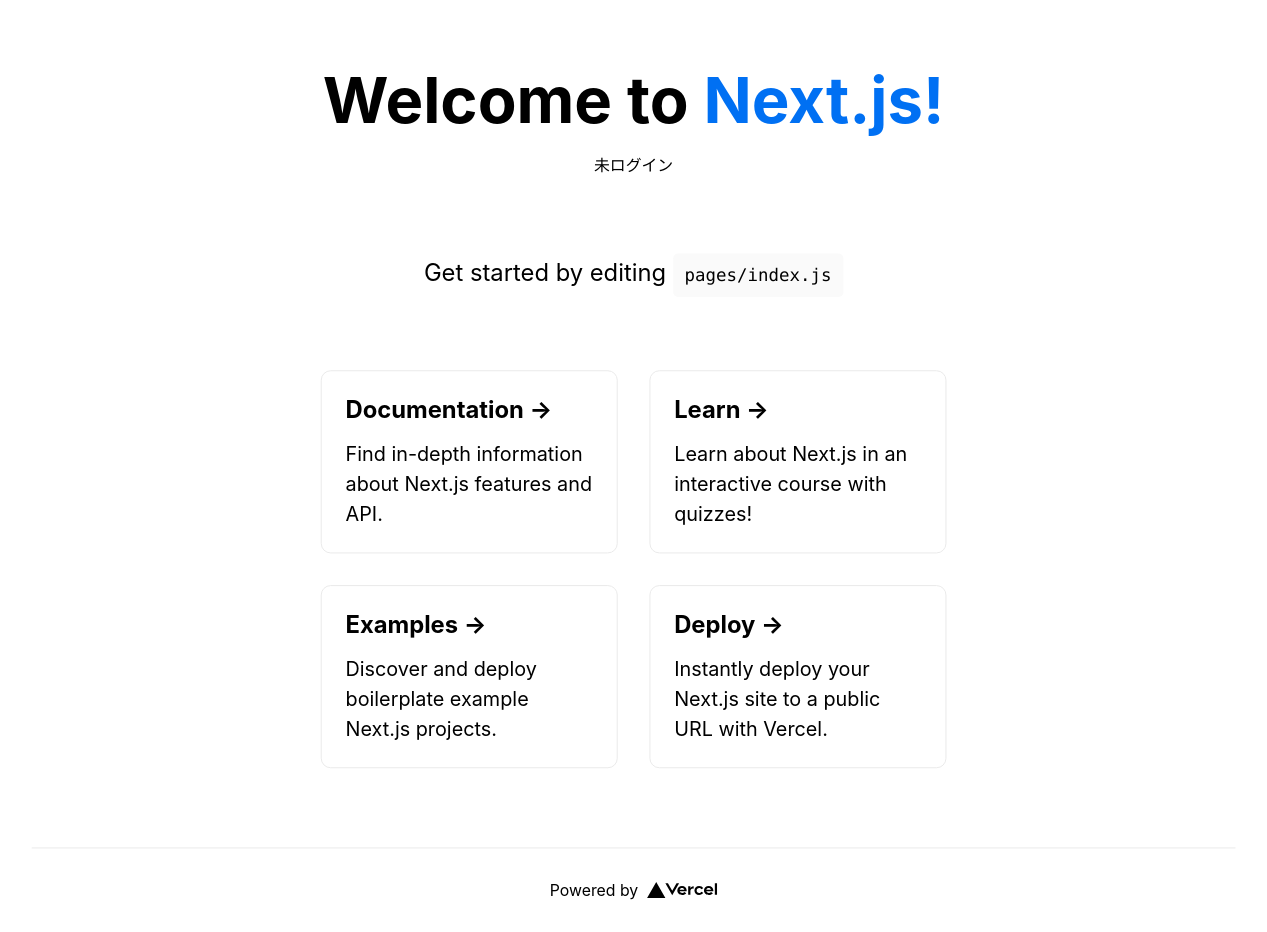
Repository: ren-yamanashi/q-and-a-app
Page: /
The author's editor kept a copy of each file at every save. The page is drawn from the files as they stood at one save, then again after the next save.
The browser window is 1280 px wide. The pictures show the whole page, at 99% of full size.
The page's requests for data from a server got no answer. The project was rebuilt for these pictures with package versions that can differ from the ones it lists, and the page was loaded fresh each time. The framework's server and built-in components were replaced by stand-ins that run in the browser. No one was signed in, and anything a server would have sent is missing. Also part of the build but not shown: next.config.js.

Above is the page before, as saved 2022-01-03 14:49:49.

After the next save:
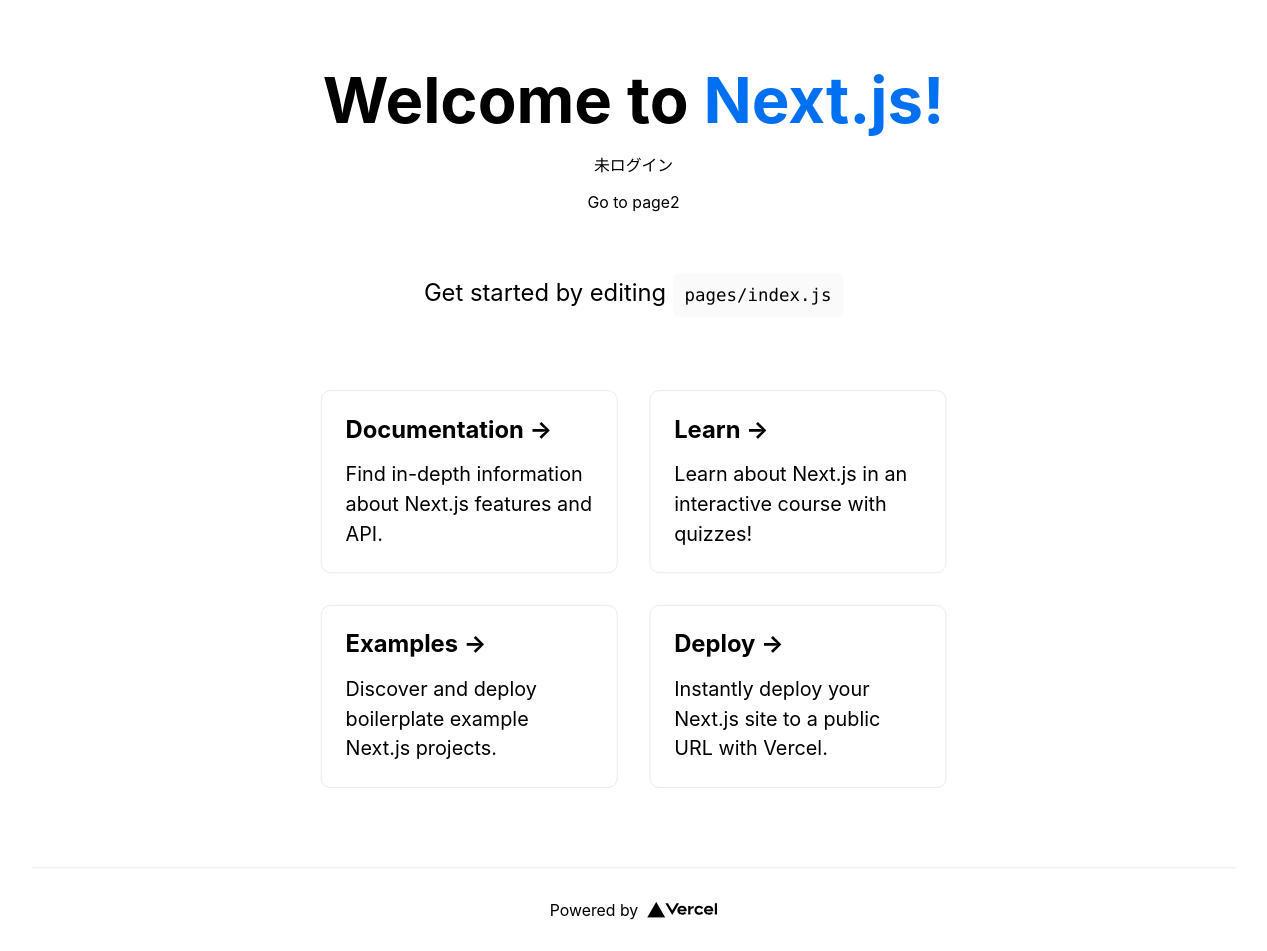
Saved 2 min 31 s later.
--- a/pages/index.tsx
+++ b/pages/index.tsx
@@ -2,6 +2,8 @@
 import Image from "next/image";
 import styles from "../styles/Home.module.css";
 import { useAuthentication } from "../hooks/authentication";
+import Link from "next/link"; //ページ遷移をするためのインポート
+
 export default function Home() {
   const { user } = useAuthentication();
   return (
@@ -17,6 +19,9 @@
           Welcome to <a href="https://nextjs.org">Next.js!</a>
         </h1>
         <p>{user?.uid || "未ログイン"}</p>
+        <Link href="/page2">
+          <a>Go to page2</a>
+        </Link>
 
         <p className={styles.description}>
           Get started by editing{" "}
